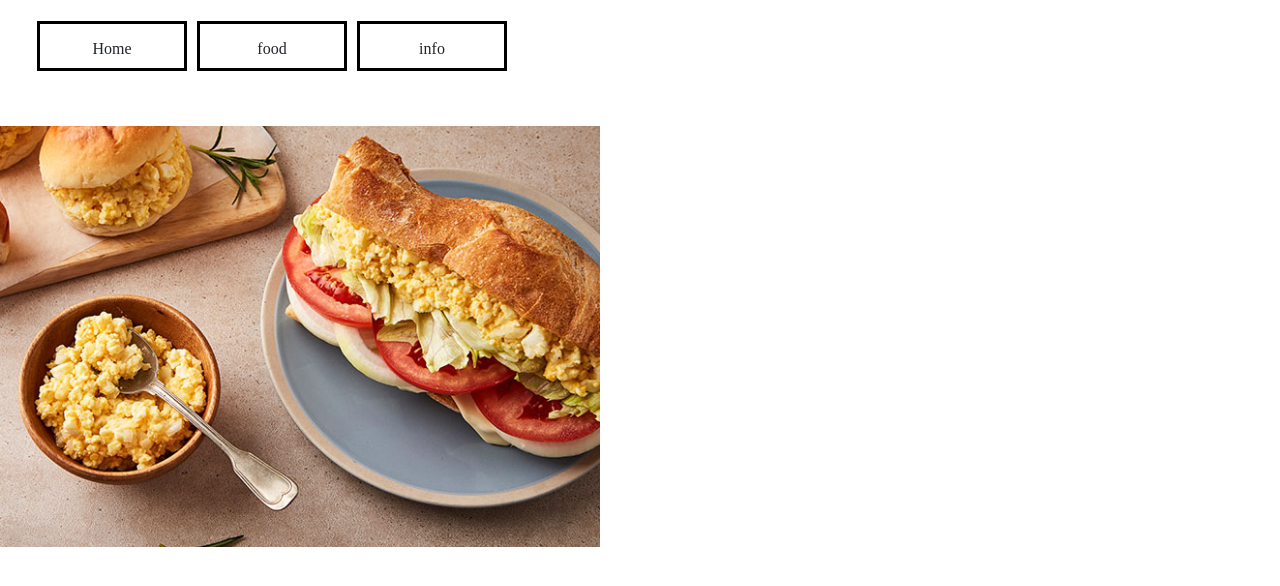
Repository: jini8293/Sist_04
Page: jspwork/jspProject/src/main/webapp/day0305_quiz/readQuiz.html
An editor plug-in stored every save of this project. The page is shown before and after the next save, followed by the edit.
The browser window is 1280 px wide. The pictures show the whole page.
After loading, the first visible `li` was clicked once.
Some web fonts or font styles are not loaded; a fallback is used.

Above is the page before, as saved 2024-03-05 06:13:25.

After the next save:
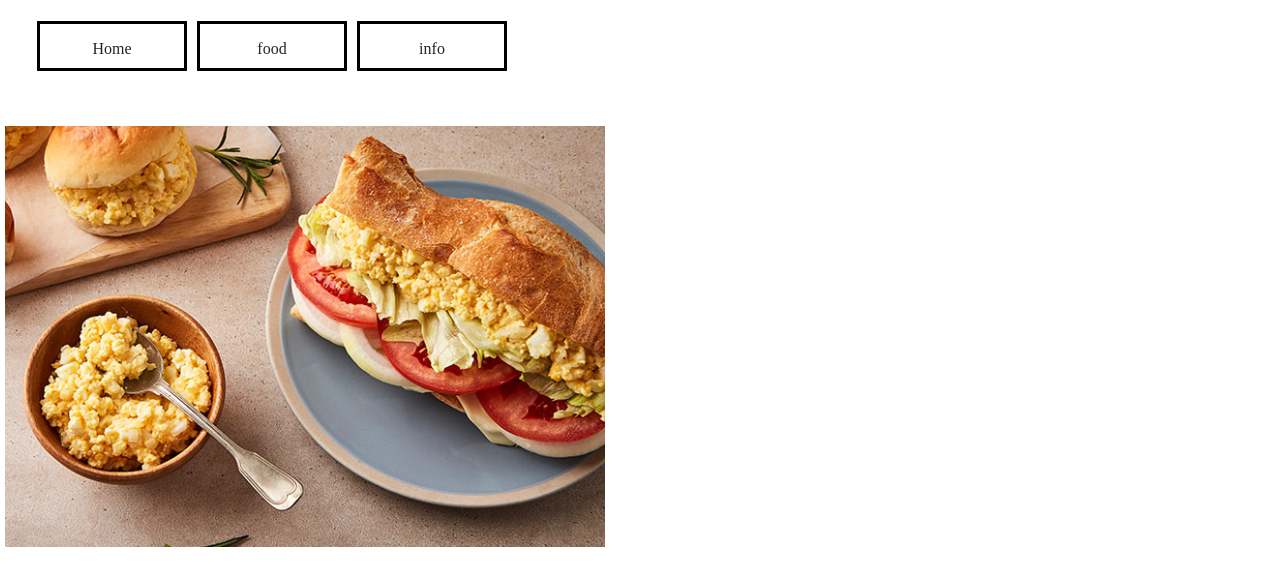
Saved 30 s later.
--- a/jspwork/jspProject/src/main/webapp/day0305_quiz/readQuiz.html
+++ b/jspwork/jspProject/src/main/webapp/day0305_quiz/readQuiz.html
@@ -30,7 +30,7 @@
 
 
 	$("li:eq(0)").click(function() {
-		$("#show").html("<img src='../image/food/1.jpg' width='600' margin-left='5px'>");
+		$("#show").html("<img src='../image/food/1.jpg' width='600' style='margin-left:5px;'>");
 	});
 });
 </script>
